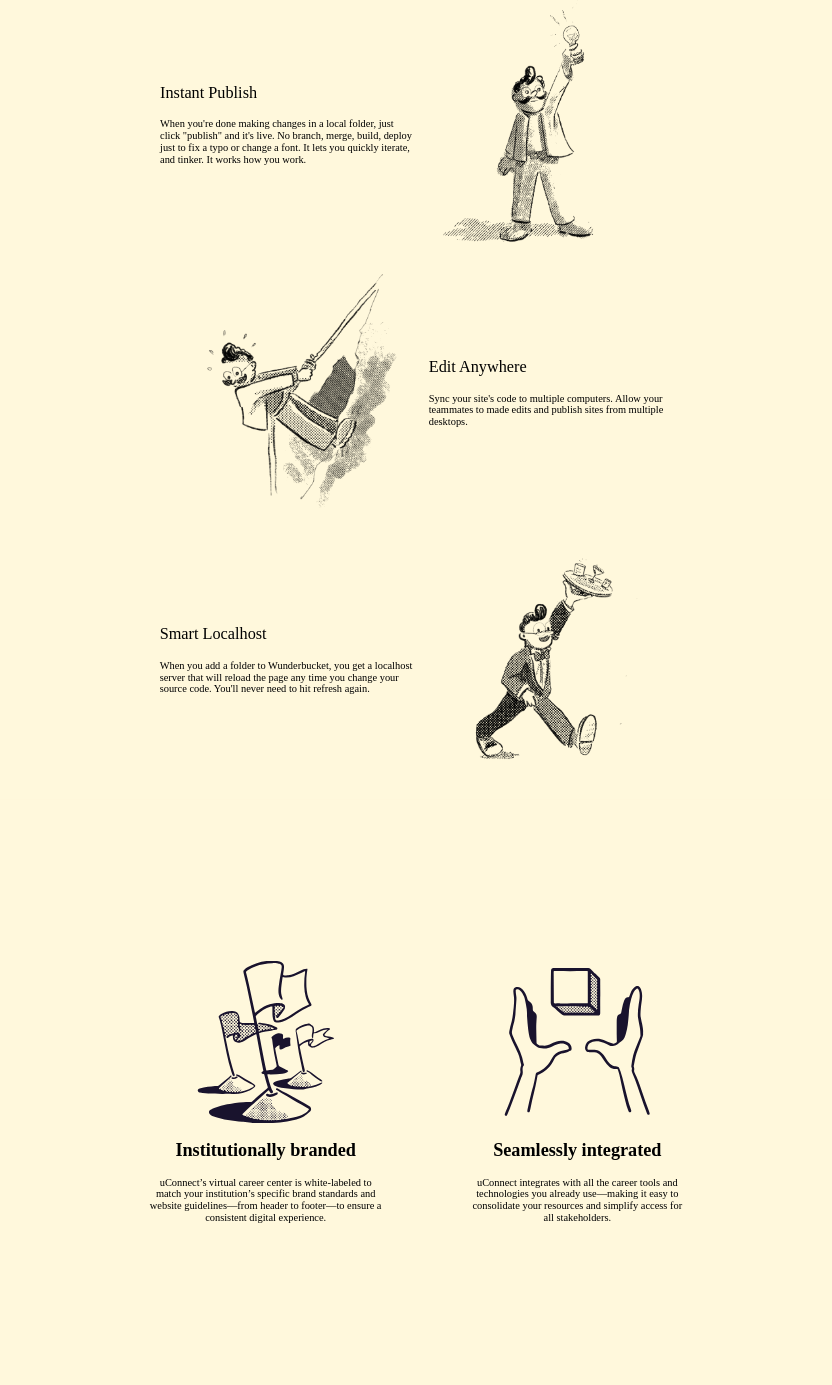
Repository: Pbemits/TEAMWORK-PROJECT-ONE
Page: index.html
An editor plug-in stored every save of this project. The page is shown before and after the next save, followed by the edit.
The browser window is 1280 px wide. The pictures show the whole page, at 65% of full size.
Some web fonts or font styles are not loaded; a fallback is used.

Above is the page before, as saved 2023-09-02 01:02:42.

### index.html
<!DOCTYPE html>
<html lang="en">
<head>
    <meta charset="UTF-8">
    <meta name="viewport" content="width=device-width, initial-scale=1.0">
    <link rel="stylesheet" href="./assets/css/base.css">
    <link rel="stylesheet" href="./assets/css/main.css">
    <!-- ~: FONT: 'Noto Sans JP', sans-serif -->
    <link rel="preconnect" href="https://fonts.googleapis.com">
    <link rel="preconnect" href="https://fonts.gstatic.com" crossorigin>
    <link href="https://fonts.googleapis.com/css2?family=Noto+Sans+JP:wght@100;200;300;400;500;600&display=swap" rel="stylesheet">
    <!-- ~: FONT: 'PT Serif Caption', serif -->
    <link rel="preconnect" href="https://fonts.googleapis.com">
    <link rel="preconnect" href="https://fonts.gstatic.com" crossorigin>
    <link href="https://fonts.googleapis.com/css2?family=PT+Serif+Caption:ital@0;1&display=swap" rel="stylesheet">
    <title>TEAMWORK PROJECT ONE</title>
</head>
<body>
    <!-- TODO: HEADER MAIN -->
    <div id="header-main">

    </div>
    <!-- TODO: CONTENT MAIN -->
    <div id="content-main">
        <!--! CODE BY XUAN DAI -->
        <!--! CONTENT-SECTION-TWO -->
        <div class="content-section-two">
            <!--? WRAPPER ONE -->
            <div class="content-wrapper-element-one">
                <div class="wrapper-element-one">
                    <div class="wrapper-element-texts">
                        <div class="element-text-h3">
                            <h3>Instant Publish</h3>
                        </div>
                        <div class="element-texts-paragraph">
                            <p>When you're done making changes in a local folder, just<br> click "publish" and it's live. No branch, merge, build, deploy<br> just to fix a typo or change a font. It lets you quickly iterate,<br> and tinker. It works how you work.</p>
                        </div>
                    </div>
                </div>
                <div class="wrapper-element-two">
                    <div class="wrapper-element-image">
                        <div class="element-img">
                            <img src="./assets/image/ligter.png" alt="ÁNH SÁNG CỦA ĐẢNG VN">
                        </div>
                    </div>
                </div>
            </div>
            <!--? END WRAPPER ONE -->

            <!--? WRAPPER TWO -->
            <div class="content-wrapper-element-two">
                <div class="wrapper-element-one">
                    <div class="wrapper-element-image">
                        <div class="element-img">
                            <img src="./assets/image/edit-anywhere.png" alt="EDIT ANYWHERE">
                        </div>
                    </div>
                </div>

                <div class="wrapper-element-two">
                    <div class="wrapper-element-texts">
                        <div class="element-text-h3">
                            <h3>Edit Anywhere</h3>
                        </div>
                        <div class="element-texts-paragraph">
                            <p>Sync your site's code to multiple computers. Allow your<br> teammates to made edits and publish sites from multiple<br> desktops.</p>
                        </div>
                    </div>
                </div>
            </div>
            <!--? END WRAPPER TWO -->

            <!--? WRAPPER THREE -->
            <div class="content-wrapper-element-three">
                <div class="wrapper-element-one">
                    <div class="wrapper-element-texts">
                        <div class="element-text-h3">
                            <h3>Smart Localhost</h3>
                        </div>
                        <div class="element-texts-paragraph">
                            <p>When you add a folder to Wunderbucket, you get a localhost<br> server that will reload the page any time you change your<br> source code. You'll never need to hit refresh again.</p>
                        </div>
                    </div>
                </div>

                <div class="wrapper-element-two">
                    <div class="wrapper-element-image">
                        <div class="element-img">
                            <img src="./assets/image/smart-localhost.png" alt="LOCAL HOST">
                        </div>
                    </div>
                </div>
            </div>
            <!--? END WRAPPER THREE -->

        </div>
        <!--! END CONTENT-SECTION-TWO -->
        <!--! END CODE BY XUAN DAI -->

        <!--! CODE BY XUAN DAI -->
    <div class="content-section-add">
        <!--? WRAPPER ONE -->
        <div class="content-wrapper-element-one">
            <div class="wrapper-element-one">
                <div class="wrapper-element-image">
                    <div class="element-img">
                        <img src="./assets/image/flags.svg" alt="flags">
                    </div>
                </div>
            </div>

            <div class="wrapper-element-two">
                <div class="wrapper-element-texts">
                    <div class="element-text-h3">
                        <h3>Institutionally branded</h3>
                    </div>

                    <div class="element-texts-paragraph">
                        <p>uConnect’s virtual career center is white-labeled to<br> match your institution’s specific brand standards and<br> website guidelines—from header to footer—to ensure a<br> consistent digital experience.</p>
                    </div>
                </div>
            </div>
        </div>
        <!--? END WRAPPER ONE -->

        <!--? WRAPPER TWO -->
        <div class="content-wrapper-element-two">
            <div class="wrapper-element-one">
                <div class="wrapper-element-image">
                    <div class="element-img">
                        <img src="./assets/image/hands.svg" alt="flags">
                    </div>
                </div>
            </div>

            <div class="wrapper-element-two">
                <div class="wrapper-element-texts">
                    <div class="element-text-h3">
                        <h3>Seamlessly integrated</h3>
                    </div>

                    <div class="element-texts-paragraph">
                        <p>uConnect integrates with all the career tools and<br> technologies you already use—making it easy to<br> consolidate your resources and simplify access for<br> all stakeholders.</p>
                    </div>
                </div>
            </div>
        </div>
        <!--? END WRAPPER TWO -->

    </div>
    <!--! END CODE BY XUAN DAI -->
    </div>
    <!-- TODO: FOOTER MAIN -->
    <div id="footer-main">

    </div>
</body>
</html>

### assets/css/base.css
* {
    margin: 0;
    padding: 0;
    box-sizing: border-box;
}
body {
    background-color: #fff8dc;
    font-family: 'Noto Sans JP', sans-serif;
    font-family: 'PT Serif Caption', serif;
}

:root {
    --color-texts: #161616;
}

### assets/css/main.css
/* ?WRAPPER ONE */
.content-section-two .content-wrapper-element-one {
    display: flex;
    align-items: center;
    justify-content: center;
}

.content-section-two .content-wrapper-element-one .wrapper-element-texts .element-text-h3 h3 {
    font-size: 25px;
    font-weight: 400;
}

.content-section-two .content-wrapper-element-one .wrapper-element-texts .element-texts-paragraph {
    margin: 26px 0;
}

.content-section-two .content-wrapper-element-one .element-img {
    width: 100%;
}

.content-section-two .content-wrapper-element-one .element-img img {
    width: 400px;
}
/* ?END WRAPPER ONE */



/* ?WRAPPER TWO */

.content-section-two .content-wrapper-element-two {
    display: flex;
    align-items: center;
    justify-content: center;

}

.content-section-two .content-wrapper-element-two .element-img {
    width: 100%;
}

.content-section-two .content-wrapper-element-two .element-img img {
    width: 400px;
}

.content-section-two .content-wrapper-element-two .wrapper-element-texts .element-text-h3 h3 {
    font-size: 25px;
    font-weight: 400;
}

.content-section-two .content-wrapper-element-two .wrapper-element-texts .element-texts-paragraph {
    margin: 26px 0;
}


/* ?END WRAPPER TWO */



/* ?WRAPPER THREE */

.content-section-two .content-wrapper-element-three {
    display: flex;
    align-items: center;
    justify-content: center;

}

.content-section-two .content-wrapper-element-three .wrapper-element-texts .element-text-h3 h3 {
    font-size: 25px;
    font-weight: 400;
}

.content-section-two .content-wrapper-element-three .wrapper-element-texts .element-texts-paragraph {
    margin: 26px 0;
}

.content-section-two .content-wrapper-element-three .element-img {
    width: 100%;
}

.content-section-two .content-wrapper-element-three .element-img img {
    width: 400px;
}

/* ?END WRAPPER THREE */





/* !BY XUAN DAI */

/* !CSS CODE ADD */

/* ?COMMON */
.content-section-add {
    background-color: #fff8dc;
    display: flex;
    align-items: center;
    justify-content: center;
    height: 900px;
}

.content-section-add .content-wrapper-element-one {
    margin-right: 70px;
}

.content-section-add .content-wrapper-element-two {
    margin-left: 70px;
}
/* ?END COMMON */


/* ?WRAPPER ONE */
.content-section-add .content-wrapper-element-one  .wrapper-element-one .element-img {
    width: 100%;
    text-align: center;
}

.content-section-add .content-wrapper-element-one  .wrapper-element-one .element-img img {
    width: 250px;
    text-align: center;
}

.content-section-add .content-wrapper-element-one  .wrapper-element-two .element-text-h3 h3 {
    font-size: 28px;
    font-weight: 600;
    margin-top: 22px;
    margin-bottom: 24px;
    text-align: center;
}

.content-section-add .content-wrapper-element-one  .wrapper-element-two p {
    text-align: center;
}
/* ?END WRAPPER ONE */


/* ?WRAPPER TWO */
.content-section-add .content-wrapper-element-two  .wrapper-element-one .element-img {
    width: 100%;
    text-align: center;
}

.content-section-add .content-wrapper-element-two  .wrapper-element-one .element-img img {
    width: 250px;
    text-align: center;
}

.content-section-add .content-wrapper-element-two  .wrapper-element-two .element-text-h3 h3 {
    font-size: 28px;
    font-weight: 600;
    margin-top: 22px;
    margin-bottom: 24px;
    text-align: center;
}

.content-section-add .content-wrapper-element-two  .wrapper-element-two p {
    text-align: center;
}
/* ?END WRAPPER TWO */


/* !END CSS CODE ADD */



/* !END BY XUAN DAI */

After the next save:
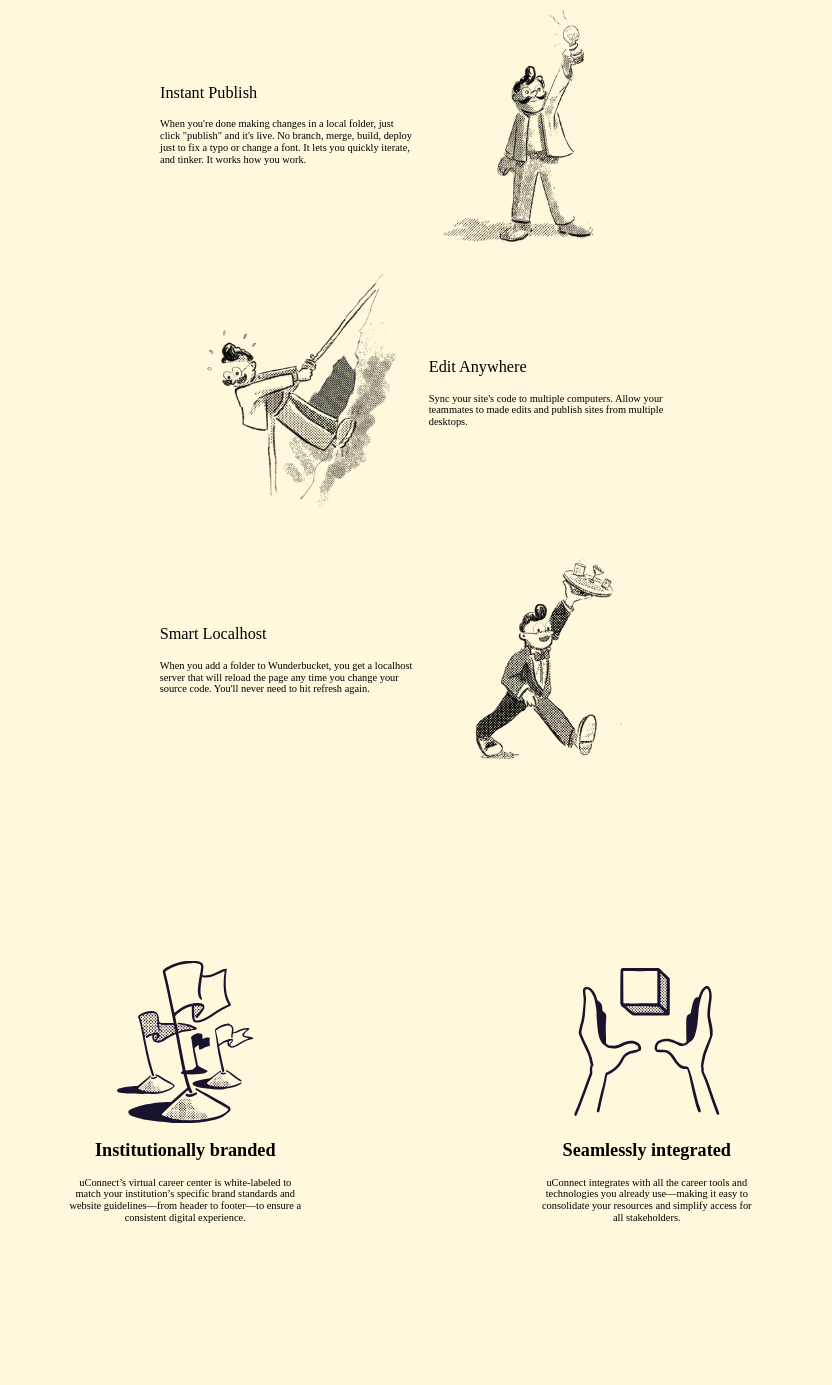
Saved 31 s later.
--- a/assets/css/main.css
+++ b/assets/css/main.css
@@ -103,10 +103,12 @@
 
 .content-section-add .content-wrapper-element-one {
     margin-right: 70px;
+    width: 100%;
 }
 
 .content-section-add .content-wrapper-element-two {
     margin-left: 70px;
+    width: 100%;
 }
 /* ?END COMMON */
 
